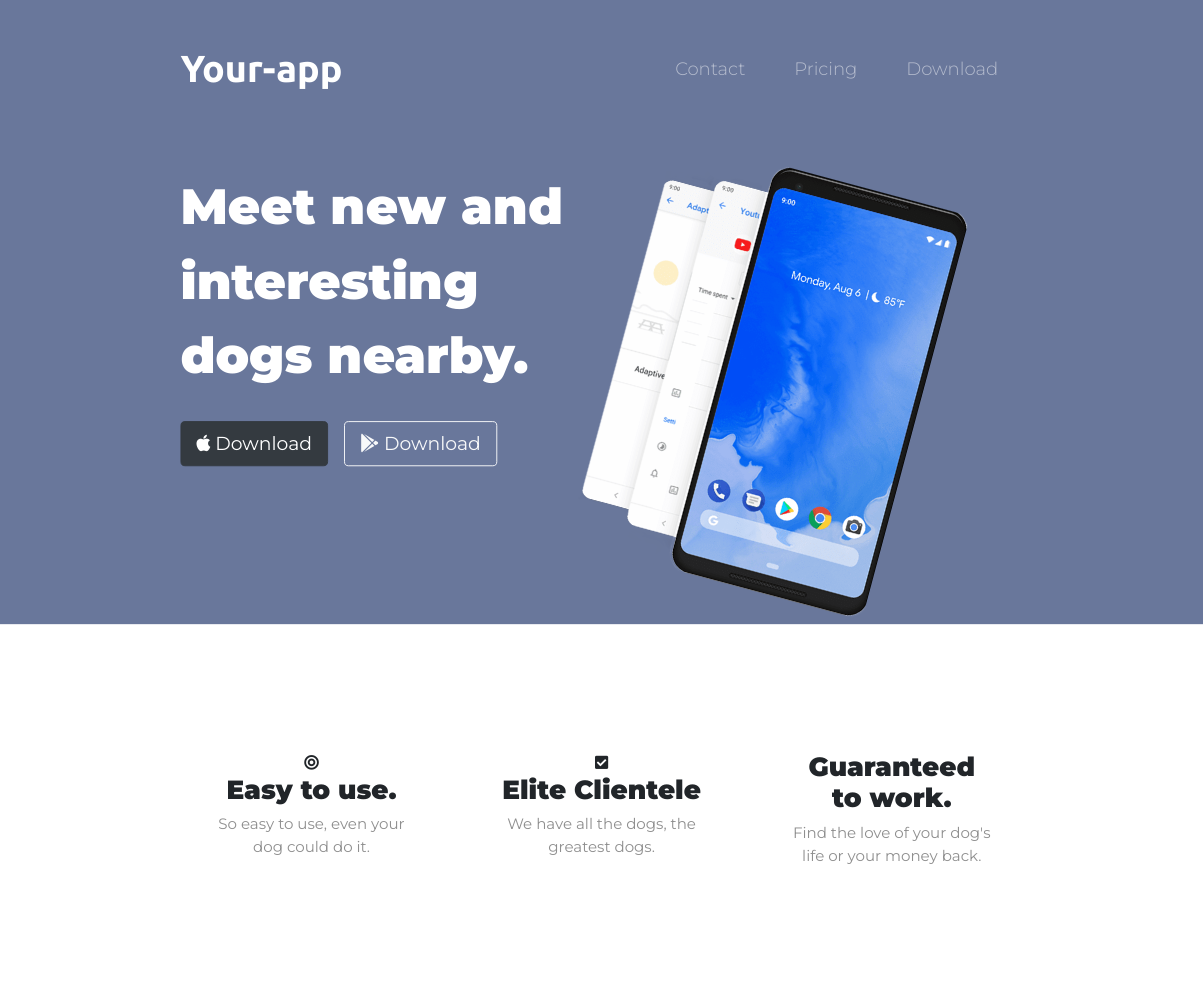
Repository: Isanderr/Simple_landing_page_2-Bootstrap4
Page: index.html
An editor plug-in stored every save of this project. The page is shown before and after the next save, followed by the edit.
The browser window is 1280 px wide. The pictures show the part of the page from y = 0 to 1055 px (the page is 2538 px tall before and 2562 px after), at 94% of full size.
A picture or video elsewhere on the page could not be fetched, so the positions and the page height are approximate. Some web libraries are served in a nearby version.

Above is the page before, as saved 2019-02-02 22:55:57.

### index.html
<!DOCTYPE html>
<html>

  <head>
    <meta charset="utf-8">
    <meta name="viewport" content="width=device-width, initial-scale=1, shrink-to-fit=no">
    <title>App-landingpage</title>
    <link rel="stylesheet" href="https://stackpath.bootstrapcdn.com/bootstrap/4.2.1/css/bootstrap.min.css" integrity="sha384-GJzZqFGwb1QTTN6wy59ffF1BuGJpLSa9DkKMp0DgiMDm4iYMj70gZWKYbI706tWS"
      crossorigin="anonymous">
    <link rel="stylesheet" href="css/styles.css">
    <link rel="stylesheet" href="https://use.fontawesome.com/releases/v5.7.1/css/all.css" integrity="sha384-fnmOCqbTlWIlj8LyTjo7mOUStjsKC4pOpQbqyi7RrhN7udi9RwhKkMHpvLbHG9Sr"
      crossorigin="anonymous">
    <link href="https://fonts.googleapis.com/css?family=Montserrat:300,400,900|Ubuntu:400,700" rel="stylesheet">
  </head>

  <body>
    <section id="title">
      <div class="container-fluid">
        <!-- Nav Bar -->
        <nav class="navbar navbar-expand-lg navbar-dark ">
          <a class="navbar-brand" href="">Your-app</a>
          <button class="navbar-toggler" type="button" data-toggle="collapse" data-target="#navbarTogglerDemo02">
            <span class="navbar-toggler-icon"></span>
          </button>
          <div class="collapse navbar-collapse" id="navbarTogglerDemo02">
            <ul class="navbar-nav ml-auto">
              <li class="nav-item">
                <a class="nav-link" href="">Contact</a>
              </li>
              <li class="nav-item">
                <a class="nav-link" href="">Pricing</a>
              </li>
              <li class="nav-item">
                <a class="nav-link" href="">Download</a>
              </li>
            </ul>
          </div>
        </nav>
        <!-- Title -->
        <div class="row">
          <div class="col-lg-6">
            <h1>Meet new and interesting dogs nearby.</h1>
            <button type="button" class="btn btn-dark btn-lg download-btn"><i class="fab fa-apple"></i> Download</button>
            <button type="button" class="btn btn-outline-light btn-lg download-btn"><i class="fab fa-google-play"></i>
              Download</button>
          </div>
          <div class="col-lg-6">
            <img src="images/android-phone.png" alt="andoind-phone" class="title-img">
          </div>
        </div>
      </div>
    </section>
    <!-- Features -->
    <section id="features">
      <div class="row">
        <div class="feature-box col-lg-4">
          <i class="fas fa-bullseye"></i>
          <h3>Easy to use.</h3>
          <p>So easy to use, even your dog could do it.</p>
        </div>
        <div class="feature-box col-lg-4">
          <i class="fas fa-check-square"></i>
          <h3>Elite Clientele</h3>
          <p>We have all the dogs, the greatest dogs.</p>
        </div>
        <div class="feature-box col-lg-4">
          <h3>Guaranteed to work.</h3>
          <p>Find the love of your dog's life or your money back.</p>
        </div>
      </div>
    </section>
    <!-- Testimonials -->
    <section id="testimonials">
      <h2>I no longer have to sniff other dogs for love. I've found the hottest Corgi on TinDog. Woof.</h2>
      <img src="images/dog-img.jpg" alt="dog-profile">
      <em>Pebbles, New York</em>
      <!-- <h2 class="testimonial-text">My dog used to be so lonely, but with TinDog's help, they've found the love of their life. I think.</h2>
    <img class="testimonial-image" src="images/lady-img.jpg" alt="lady-profile">
    <em>Beverly, Illinois</em> -->
    </section>
    <!-- Press -->
    <section id="press">
      <img src="images/techcrunch.png" alt="tc-logo">
      <img src="images/tnw.png" alt="tnw-logo">
      <img src="images/bizinsider.png" alt="biz-insider-logo">
      <img src="images/mashable.png" alt="mashable-logo">
    </section>
    <!-- Pricing -->
    <section id="pricing">
      <h2>A Plan for Every Dog's Needs</h2>
      <p>Simple and affordable price plans for your and your dog.</p>
      <h3>Chihuahua</h3>
      <h2>Free</h2>
      <p>5 Matches Per Day</p>
      <p>10 Messages Per Day</p>
      <p>Unlimited App Usage</p>
      <button type="button">Sign Up</button>
      <h3>Labrador</h3>
      <h2>$49 / mo</h2>
      <p>Unlimited Matches</p>
      <p>Unlimited Messages</p>
      <p>Unlimited App Usage</p>
      <button type="button">Sign Up</button>
      <h3>Mastiff</h3>
      <h2>$99 / mo</h2>
      <p>Pirority Listing</p>
      <p>Unlimited Matches</p>
      <p>Unlimited Messages</p>
      <p>Unlimited App Usage</p>
      <button type="button">Sign Up</button>
    </section>
    <!-- Call to Action -->
    <section id="cta">
      <h3>Find the True Love of Your Dog's Life Today.</h3>
      <button type="button">Download</button>
      <button type="button">Download</button>
    </section>
    <!-- Footer -->
    <footer id="footer">
      <p>© Copyright 2018 TinDog</p>
    </footer>
    <script src="https://code.jquery.com/jquery-3.3.1.slim.min.js" integrity="sha384-q8i/X+965DzO0rT7abK41JStQIAqVgRVzpbzo5smXKp4YfRvH+8abtTE1Pi6jizo"
      crossorigin="anonymous"></script>
    <script src="https://cdnjs.cloudflare.com/ajax/libs/popper.js/1.14.6/umd/popper.min.js" integrity="sha384-wHAiFfRlMFy6i5SRaxvfOCifBUQy1xHdJ/yoi7FRNXMRBu5WHdZYu1hA6ZOblgut"
      crossorigin="anonymous"></script>
    <script src="https://stackpath.bootstrapcdn.com/bootstrap/4.2.1/js/bootstrap.min.js" integrity="sha384-B0UglyR+jN6CkvvICOB2joaf5I4l3gm9GU6Hc1og6Ls7i6U/mkkaduKaBhlAXv9k"
      crossorigin="anonymous"></script>
  </body>

</html>

### css/styles.css

/* fonts */
/* font-family: 'Ubuntu', sans-serif;
font-family: 'Montserrat', sans-serif; */

/* colors */
/* #d7eaea
#acdbdf
#9692af
#69779b */

body {
    font-family: 'Montserrat', sans-serif;
}

#title {
    background-color: #69779b;
    color: #ffffff;
}

.container-fluid{
    padding: 3% 15%;
}

h1 {
    font-family: 'Montserrat', sans-serif;
    font-weight: 900;
    font-size: 3.3rem;
    line-height: 1.5;
}

h3 {
    font-family: 'Montserrat', sans-serif;
    font-weight: 900;
}

p {
    color: #8f8f8f;
}

/* Nav */

.navbar {
    padding: 0 0 4.5rem;
}

.navbar-brand{
    font-family: 'Ubuntu', sans-serif;
    font-size: 2.5rem;
    font-weight: 900;
}

.nav-item {
    padding: 0 18px;
}

.nav-link {
    font-size: 1.2rem;
    font-weight: 300;
}

/* download buttons */

.download-btn {
    margin: 5% 3% 5% 0;
}

/* title img */

.title-img {
    width: 75%;
    transform: rotate(15deg);
}

/* features */

#features {
    padding: 7% 15%;
}

.feature-box {
    text-align: center;
    padding: 5%;
}

After the next save:
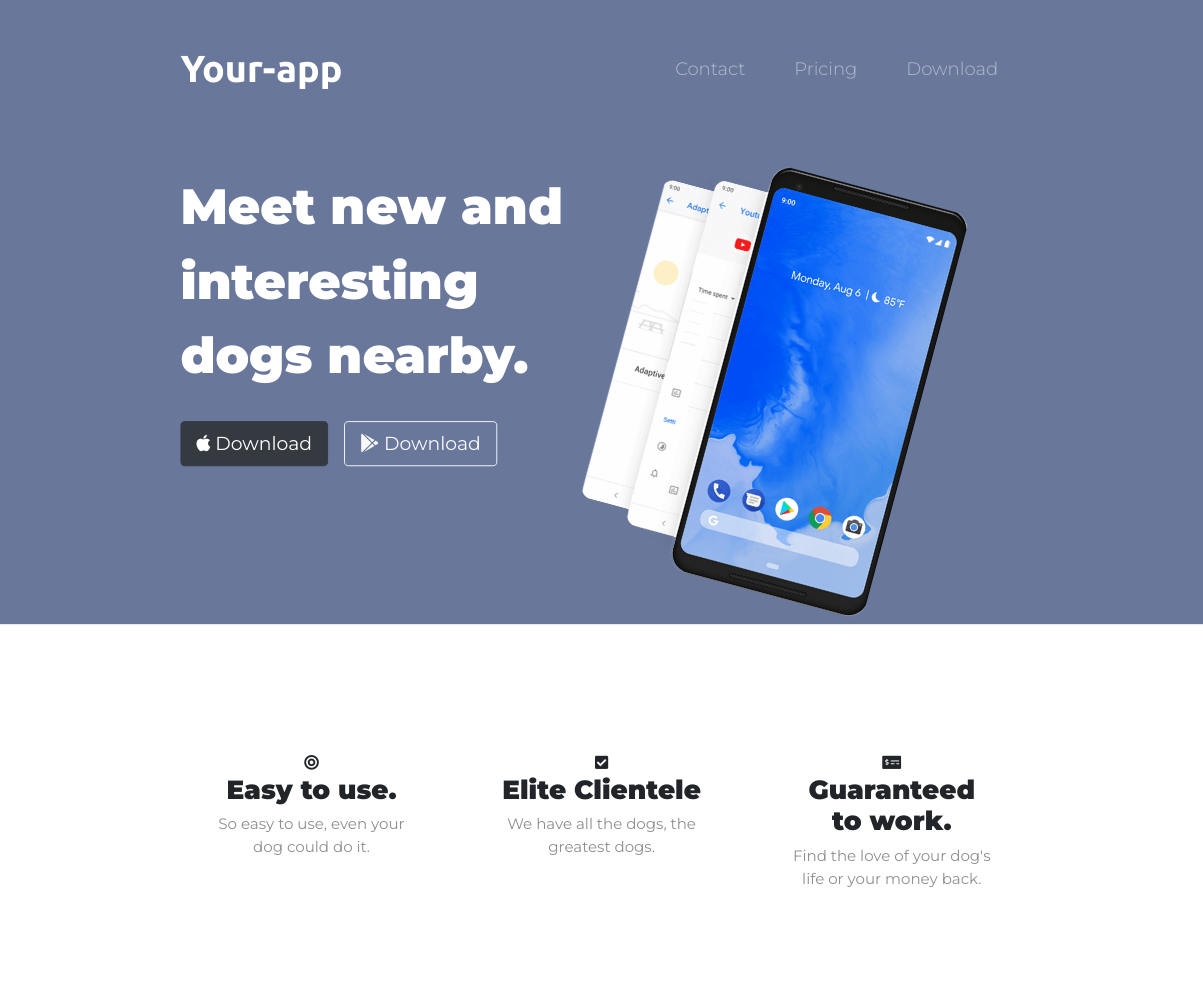
Saved 7 s later.
--- a/index.html
+++ b/index.html
@@ -64,6 +64,7 @@
           <p>We have all the dogs, the greatest dogs.</p>
         </div>
         <div class="feature-box col-lg-4">
+          <i class="fas fa-money-check-alt"></i>
           <h3>Guaranteed to work.</h3>
           <p>Find the love of your dog's life or your money back.</p>
         </div>
